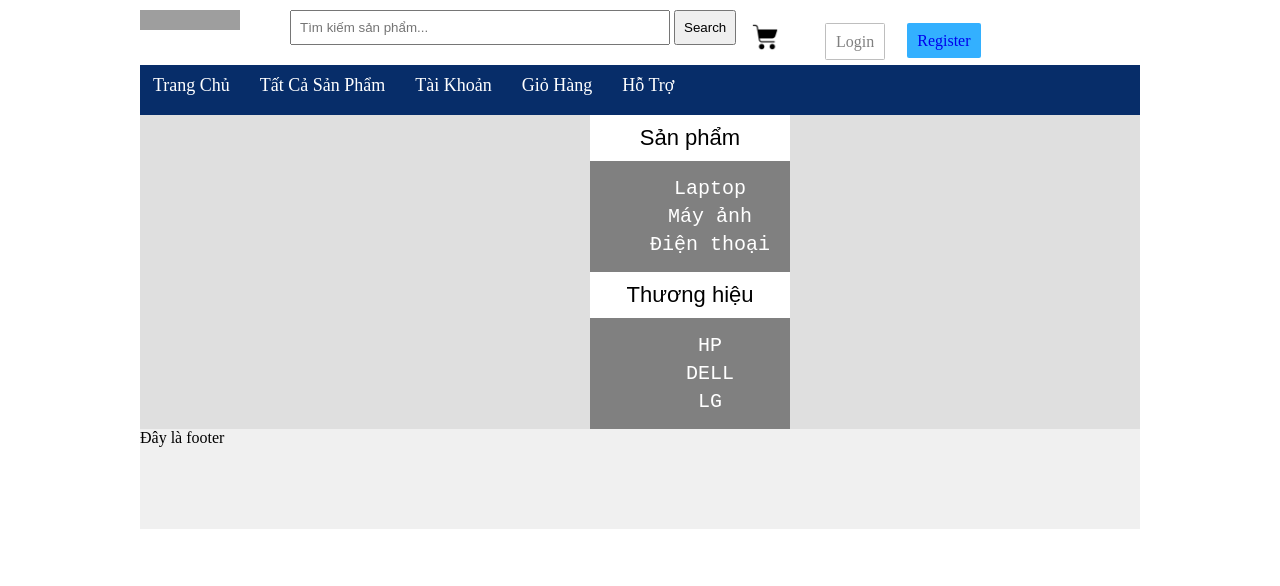
Repository: minhkhuyen1711/hpt
Page: http://localhost/website-ecommerce-php-master/index.php?action=login
An editor plug-in stored every save of this project. The page is shown before and after the next save, followed by the edit.
The browser window is 1280 px wide. The pictures show the whole page.
Pictures or frames that could not be fetched are drawn as grey boxes. The page is run by PHP 8.4 with error messages shown; the project is at /var/www/html/.

Above is the page before, as saved 2021-06-11 17:59:48.

After the next save:
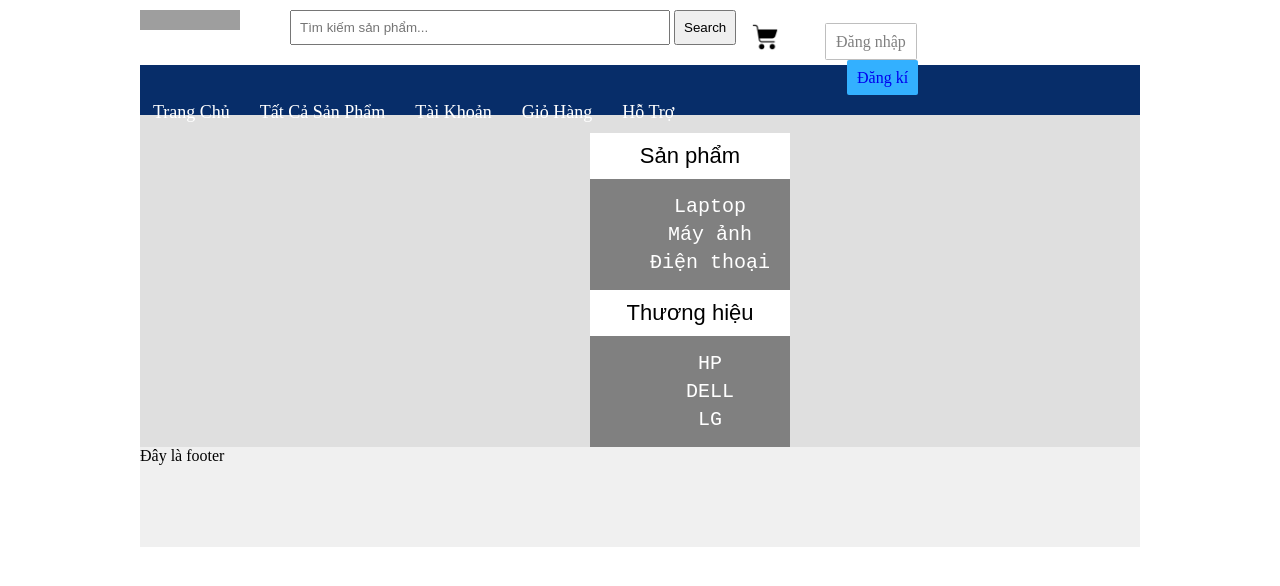
Saved 49 s later.
--- a/index.php
+++ b/index.php
@@ -33,8 +33,8 @@
 
       <div class="register_login">
         <div class="login">
-          <a href="index.php?action=login">Login</a></div>
-          <div class="register"><a href="custommer_register.php">Register</a></div>
+          <a href="index.php?action=login">Đăng nhập</a></div>
+          <div class="register"><a href="custommer_register.php">Đăng kí</a></div>
       </div>
 
     </div> <!--/.header_wrapper-->
